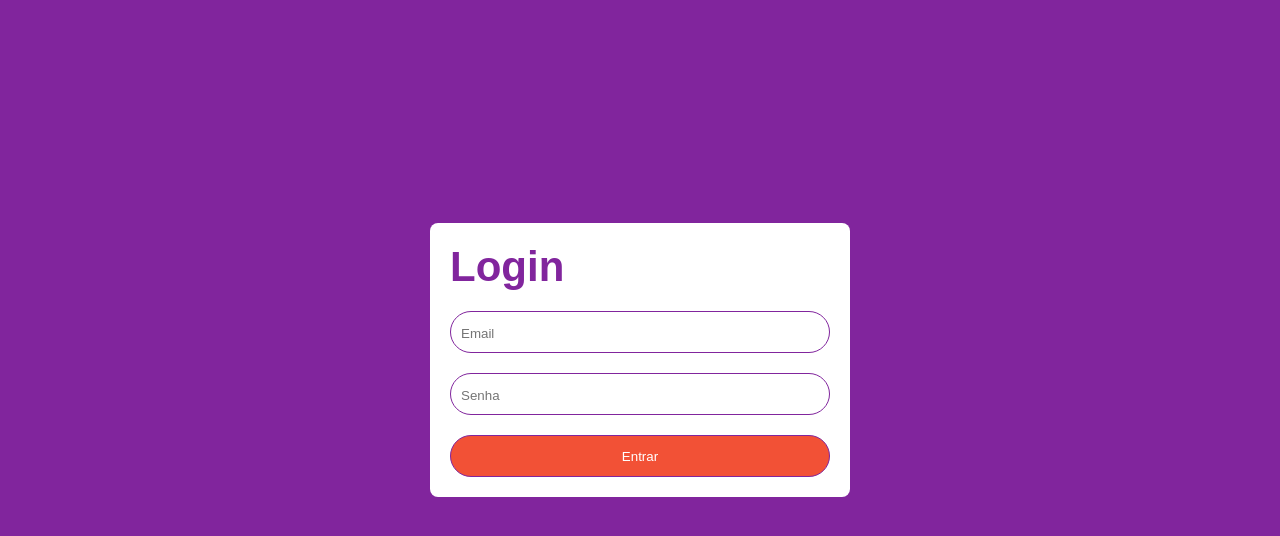
Repository: VictorRB-PB/validacao-com-hookform-e-yup
Page: /
An editor plug-in stored every save of this project. The page is shown before and after the next save, followed by the edit.
The browser window is 1280 px wide. The pictures show the whole page.
The project was rebuilt for these pictures with package versions that can differ from the ones it lists, and the page was loaded fresh each time.

Above is the page before, as saved 2024-01-11 11:20:36.

After the next save:
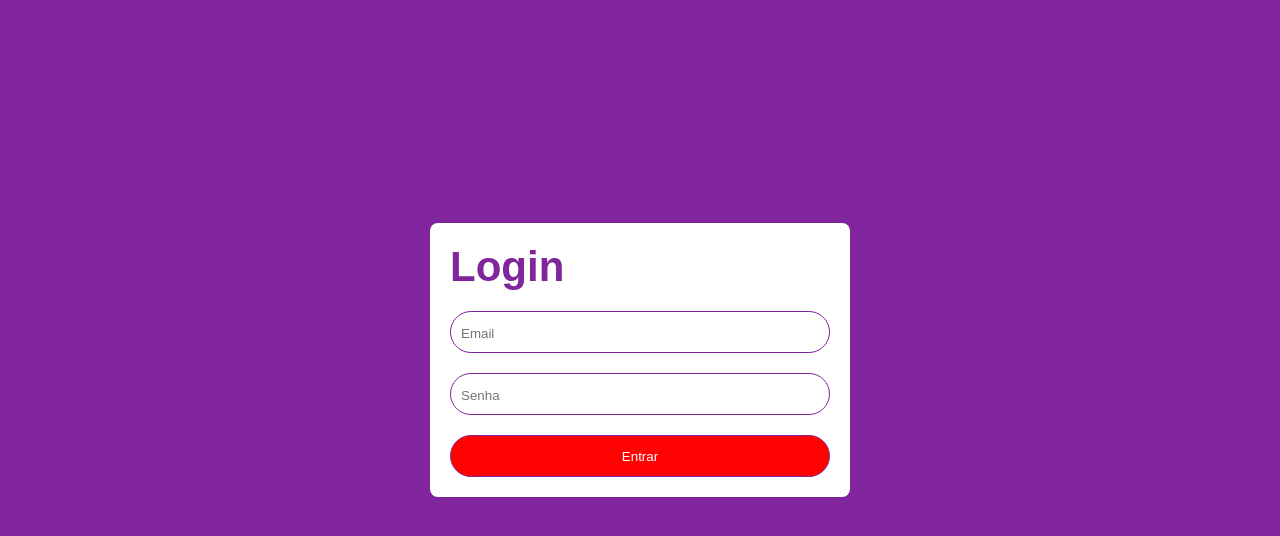
Saved 5 min 43 s later.
--- a/src/components/Button/styles.ts
+++ b/src/components/Button/styles.ts
@@ -11,7 +11,7 @@ export const ButtonContainer = styled.button`
     border-radius: 21px;
 
     &:disabled {
-        background-color: #F25136;
+        background-color: #ff0303;
     }.invalid {
         background: red;
     }.error {
